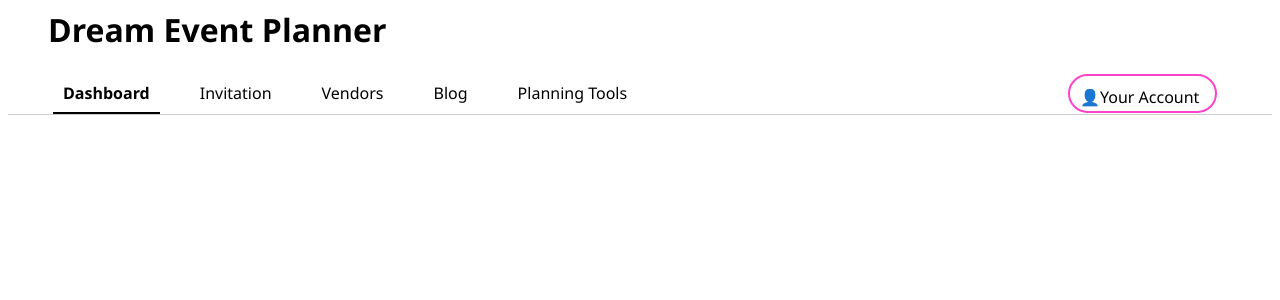
Repository: rajeshwari16945/Dream_Event_planner
Page: dep-admin-vendor-svc/src/main/resources/static/html/userNavigation.html
These files come from the project's save history. The page is drawn as it stood at one moment and after the next save; the edit follows.
The browser window is 1280 px wide. The pictures show the whole page.

Above is the page before, as saved 2025-03-04 19:21:34.

After the next save:
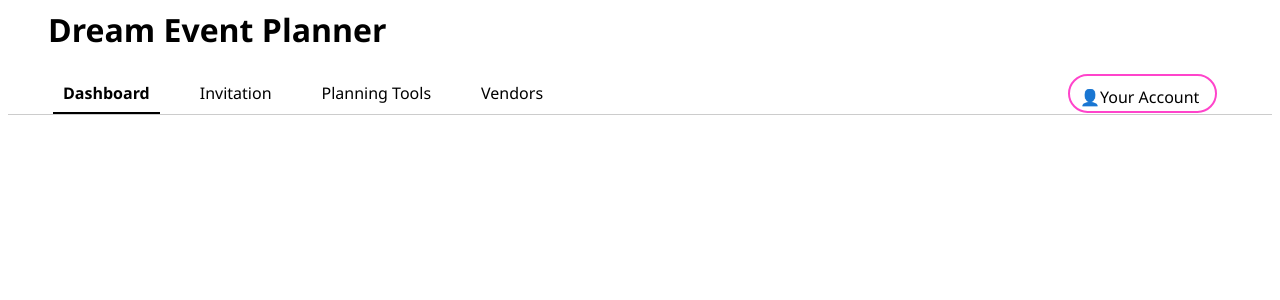
Saved 3 days later.
--- a/dep-admin-vendor-svc/src/main/resources/static/html/userNavigation.html
+++ b/dep-admin-vendor-svc/src/main/resources/static/html/userNavigation.html
@@ -27,6 +27,7 @@
 					<ul class="user-nav-menu">
 	                    <li><a class="nav-items active" href="dashboard.html">Dashboard</a></li>
 	                    <li><a class="nav-items" href="invitation.html">Invitation</a></li>
+						<li><a class="nav-items" href="BudgetPlanner.html">Planning Tools</a></li>
 	                    <li class="dropdown">
 							<a href="">Vendors</a>
 							<ul class="dropdown-menu">
@@ -35,8 +36,6 @@
 				                <li><a href="VendorList.html?type=Photographer">Photographers</a></li>
 				            </ul>
 						</li>
-	                    <li><a class="nav-items" href="">Blog</a></li>
-	                    <li><a class="nav-items" href="BudgetPlanner.html">Planning Tools</a></li>
 					</ul>
                 </div>
                 <div class="float-right">
